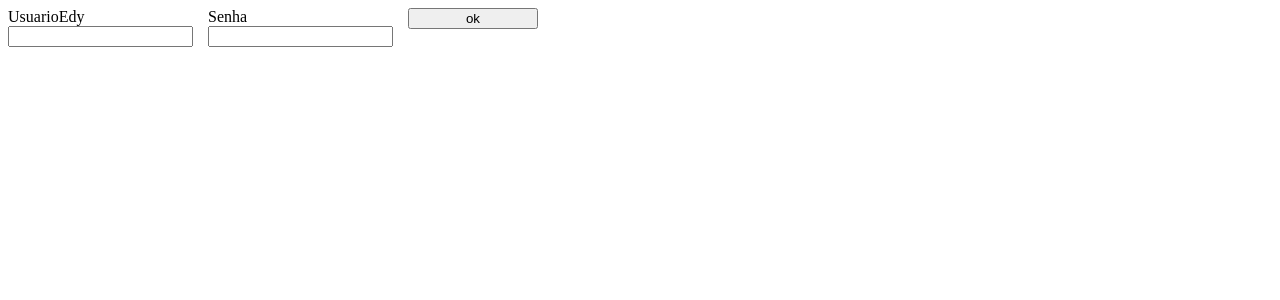
Repository: ermartins/MADASCAR
Page: http://localhost/ProjectPortal_ERM/Login/Login.jsp
An editor plug-in stored every save of this project. The page is shown before and after the next save, followed by the edit.
The browser window is 1280 px wide. The pictures show the whole page.
The page is served by Tomcat 9. Other server files are loaded and not shown.

Above is the page before, as saved 2016-10-13 16:42:48.

### JAVA/ProjectPortal_ERM/WebContent/Login/Login.jsp
<%@ page language="java" contentType="text/html; charset=ISO-8859-1"
	pageEncoding="ISO-8859-1"%>
<%@taglib prefix="fmt" uri="http://java.sun.com/jsp/jstl/fmt"%>
<!DOCTYPE html PUBLIC "-//W3C//DTD HTML 4.01 Transitional//EN" "http://www.w3.org/TR/html4/loose.dtd">
<html>
<head>
<meta http-equiv="Content-Type" content="text/html; charset=ISO-8859-1">
<link href="Styles/IncludeBorder.css" rel="stylesheet" />
<link href="Styles/Login.css" rel="stylesheet" />

<title>Insert title here</title>

</head>
<body>
	<fmt:setLocale value="pt" />
	<div class="cl_Border" style="height: 100px;">
		<div class="cl_Border"
			style="float: left; width: 200px; height: 49px;">
			<div class="cl_Border cl_Height15">
				<label id="lblUsuario"><fmt:message key="recurso.lblUsuario" /></label>
			</div>
			<div class="cl_Border">
				<input type="text" name="txtUsuario">
			</div>
		</div>
		<div class="cl_Border"
			style="float: left; width: 200px; height: 49px;">
			<div class="cl_Border cl_Height15" >
				<label id="lblSenha"><fmt:message key="recurso.lblSenha" /></label>
			</div>
			<div class="cl_Border">
				<input type="password" name="txtSenha">
			</div>
		</div>
		<div class="cl_Border"
			style="float: left; width: 60px; height: 49px;">
						<div class="cl_Border cl_Height15">
			</div>
			<div class="cl_Border">
				<input type="submit" name="btnOk" value="ok" style="width: 130px;">
			</div>
		</div>
	</div>
</body>
</html>

### JAVA/ProjectPortal_ERM/WebContent/Styles/IncludeBorder.css
.cl_Border_{
border-style: solid;
border-width: 1px;
}

### JAVA/ProjectPortal_ERM/WebContent/Styles/Login.css
@CHARSET "ISO-8859-1";
.cl_Height15
{
	height: 15;
}

After the next save:
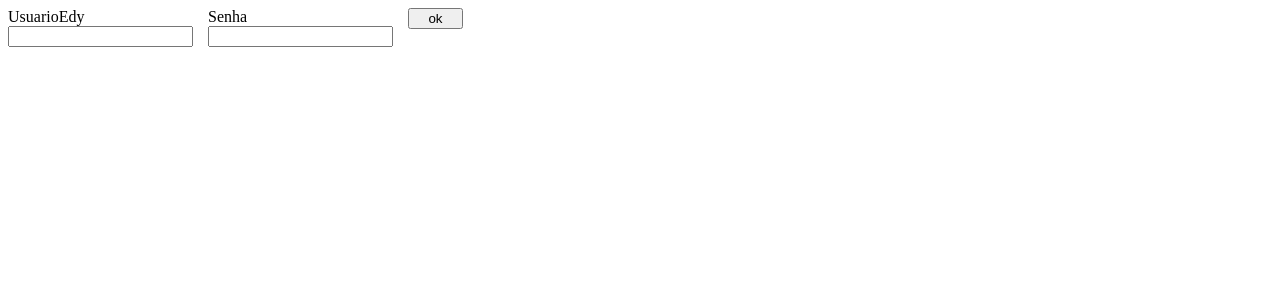
Saved 29 s later.
--- a/JAVA/ProjectPortal_ERM/WebContent/Login/Login.jsp
+++ b/JAVA/ProjectPortal_ERM/WebContent/Login/Login.jsp
@@ -37,7 +37,7 @@
 						<div class="cl_Border cl_Height15">
 			</div>
 			<div class="cl_Border">
-				<input type="submit" name="btnOk" value="ok" style="width: 130px;">
+				<input type="submit" name="btnOk" value="ok" style="width: 55px;">
 			</div>
 		</div>
 	</div>
